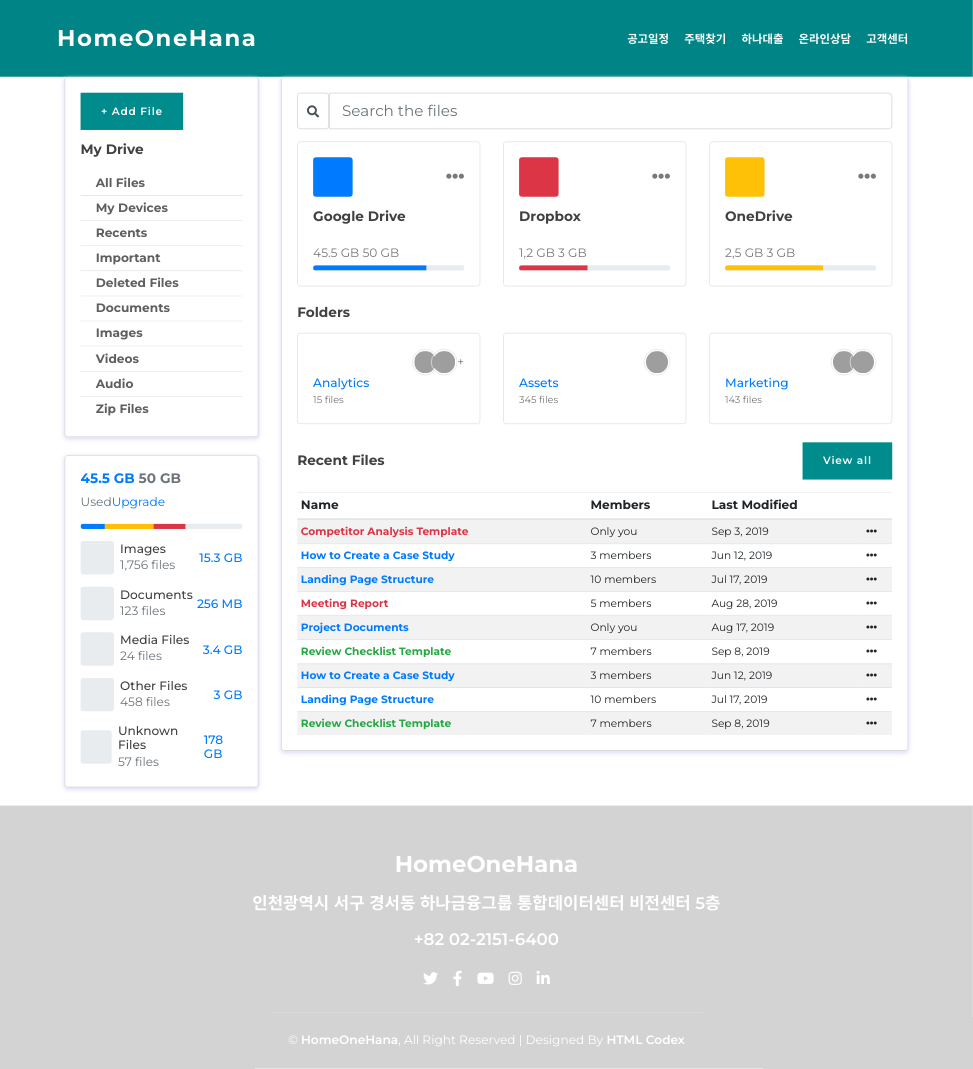
Repository: koposoftware/2021_10_syyoon
Page: http://localhost/HomeOneHana/WEB-INF/jsp/mypage/mypage.jsp
An editor plug-in stored every save of this project. The page is shown before and after the next save, followed by the edit.
The browser window is 1280 px wide. The pictures show the whole page, at 76% of full size.
Pictures or frames that could not be fetched are drawn as grey boxes. Some icons come from a web library that is not loaded, so they are not drawn. Some web libraries are served in a nearby version. The page is served by Tomcat 9. Nobody is signed in. Other server files are loaded and not shown. The template is opened directly, without the code that normally fills it, so the values that code supplies are empty.

Above is the page before, as saved 2021-09-15 11:48:43.

### project/Spring-mvc/HomeOneHana/src/main/webapp/WEB-INF/jsp/mypage/mypage.jsp
<%@ page language="java" contentType="text/html; charset=UTF-8"
    pageEncoding="UTF-8"%>
<!DOCTYPE html>
<html>
<head>
<meta charset="UTF-8">
<title>HomeOneHana::</title>
<link href="${ pageContext.request.contextPath }/resources/css/top/menubg.css" rel="stylesheet">
<link href="${ pageContext.request.contextPath }/resources/css/mypage/mypage.css" rel="stylesheet">


</head>
<body>
	<header>
		<div class="limiter">
			<div class="container-login100">
				<div class="wrap-login100">
					<jsp:include page="../include/topMenu.jsp" />
				</div>
			</div>
		</div>

	</header>
	<section>
		<div class="container">
			<div class="row">
			    <div class="col-12 col-lg-3">
					<div class="card">
						<div class="card-body">
							<div class="d-grid"> <a href="javascript:;" class="btn btn-primary">+ Add File</a>
							</div>
							<h5 class="my-3">My Drive</h5>
							<div class="fm-menu">
								<div class="list-group list-group-flush"> <a href="javascript:;" class="list-group-item py-1"><i class="bx bx-folder me-2"></i><span>All Files</span></a>
									<a href="javascript:;" class="list-group-item py-1"><i class="bx bx-devices me-2"></i><span>My Devices</span></a>
									<a href="javascript:;" class="list-group-item py-1"><i class="bx bx-analyse me-2"></i><span>Recents</span></a>
									<a href="javascript:;" class="list-group-item py-1"><i class="bx bx-plug me-2"></i><span>Important</span></a>
									<a href="javascript:;" class="list-group-item py-1"><i class="bx bx-trash-alt me-2"></i><span>Deleted Files</span></a>
									<a href="javascript:;" class="list-group-item py-1"><i class="bx bx-file me-2"></i>
			                    <span>Documents</span></a>
									<a href="javascript:;" class="list-group-item py-1"><i class="bx bx-image me-2"></i><span>Images</span></a>
									<a href="javascript:;" class="list-group-item py-1"><i class="bx bx-video me-2"></i><span>Videos</span></a>
									<a href="javascript:;" class="list-group-item py-1"><i class="bx bx-music me-2"></i><span>Audio</span></a>
									<a href="javascript:;" class="list-group-item py-1"><i class="bx bx-beer me-2"></i><span>Zip Files</span></a>
								</div>
							</div>
						</div>
					</div>
					<div class="card">
						<div class="card-body">
							<h5 class="mb-0 text-primary font-weight-bold">45.5 GB <span class="float-end text-secondary">50 GB</span></h5>
							<p class="mb-0 mt-2"><span class="text-secondary">Used</span><span class="float-end text-primary">Upgrade</span>
							</p>
							<div class="progress mt-3" style="height:7px;">
								<div class="progress-bar" role="progressbar" style="width: 15%" aria-valuenow="15" aria-valuemin="0" aria-valuemax="100"></div>
								<div class="progress-bar bg-warning" role="progressbar" style="width: 30%" aria-valuenow="30" aria-valuemin="0" aria-valuemax="100"></div>
								<div class="progress-bar bg-danger" role="progressbar" style="width: 20%" aria-valuenow="20" aria-valuemin="0" aria-valuemax="100"></div>
							</div>
							<div class="mt-3"></div>
							<div class="d-flex align-items-center">
								<div class="fm-file-box bg-light-primary text-primary"><i class="bx bx-image"></i>
								</div>
								<div class="flex-grow-1 ms-2">
									<h6 class="mb-0">Images</h6>
									<p class="mb-0 text-secondary">1,756 files</p>
								</div>
								<h6 class="text-primary mb-0">15.3 GB</h6>
							</div>
							<div class="d-flex align-items-center mt-3">
								<div class="fm-file-box bg-light-success text-success"><i class="bx bxs-file-doc"></i>
								</div>
								<div class="flex-grow-1 ms-2">
									<h6 class="mb-0">Documents</h6>
									<p class="mb-0 text-secondary">123 files</p>
								</div>
								<h6 class="text-primary mb-0">256 MB</h6>
							</div>
							<div class="d-flex align-items-center mt-3">
								<div class="fm-file-box bg-light-danger text-danger"><i class="bx bx-video"></i>
								</div>
								<div class="flex-grow-1 ms-2">
									<h6 class="mb-0">Media Files</h6>
									<p class="mb-0 text-secondary">24 files</p>
								</div>
								<h6 class="text-primary mb-0">3.4 GB</h6>
							</div>
							<div class="d-flex align-items-center mt-3">
								<div class="fm-file-box bg-light-warning text-warning"><i class="bx bx-image"></i>
								</div>
								<div class="flex-grow-1 ms-2">
									<h6 class="mb-0">Other Files</h6>
									<p class="mb-0 text-secondary">458 files</p>
								</div>
								<h6 class="text-primary mb-0">3 GB</h6>
							</div>
							<div class="d-flex align-items-center mt-3">
								<div class="fm-file-box bg-light-info text-info"><i class="bx bx-image"></i>
								</div>
								<div class="flex-grow-1 ms-2">
									<h6 class="mb-0">Unknown Files</h6>
									<p class="mb-0 text-secondary">57 files</p>
								</div>
								<h6 class="text-primary mb-0">178 GB</h6>
							</div>
						</div>
					</div>
				</div>
				<div class="col-12 col-lg-9">
					<div class="card">
						<div class="card-body">
							<div class="fm-search">
								<div class="mb-0">
									<div class="input-group input-group-lg">	<span class="input-group-text bg-transparent"><i class="fa fa-search"></i></span>
										<input type="text" class="form-control" placeholder="Search the files">
									</div>
								</div>
							</div>
							<div class="row mt-3">
								<div class="col-12 col-lg-4">
									<div class="card shadow-none border radius-15">
										<div class="card-body">
											<div class="d-flex align-items-center">
												<div class="fm-icon-box radius-15 bg-primary text-white"><i class="lni lni-google-drive"></i>
												</div>
												<div class="ms-auto font-24"><i class="fa fa-ellipsis-h"></i>
												</div>
											</div>
											<h5 class="mt-3 mb-0">Google Drive</h5>
											<p class="mb-1 mt-4"><span>45.5 GB</span>  <span class="float-end">50 GB</span>
											</p>
											<div class="progress" style="height: 7px;">
												<div class="progress-bar bg-primary" role="progressbar" style="width: 75%;" aria-valuenow="75" aria-valuemin="0" aria-valuemax="100"></div>
											</div>
										</div>
									</div>
								</div>
								<div class="col-12 col-lg-4">
									<div class="card shadow-none border radius-15">
										<div class="card-body">
											<div class="d-flex align-items-center">
												<div class="fm-icon-box radius-15 bg-danger text-white"><i class="lni lni-dropbox-original"></i>
												</div>
												<div class="ms-auto font-24"><i class="fa fa-ellipsis-h"></i>
												</div>
											</div>
											<h5 class="mt-3 mb-0">Dropbox</h5>
											<p class="mb-1 mt-4"><span>1,2 GB</span>  <span class="float-end">3 GB</span>
											</p>
											<div class="progress" style="height: 7px;">
												<div class="progress-bar bg-danger" role="progressbar" style="width: 45%;" aria-valuenow="55" aria-valuemin="0" aria-valuemax="100"></div>
											</div>
										</div>
									</div>
								</div>
								<div class="col-12 col-lg-4">
									<div class="card shadow-none border radius-15">
										<div class="card-body">
											<div class="d-flex align-items-center">
												<div class="fm-icon-box radius-15 bg-warning text-dark"><i class="bx bxs-door-open"></i>
												</div>
												<div class="ms-auto font-24"><i class="fa fa-ellipsis-h"></i>
												</div>
											</div>
											<h5 class="mt-3 mb-0">OneDrive</h5>
											<p class="mb-1 mt-4"><span>2,5 GB</span>  <span class="float-end">3 GB</span>
											</p>
											<div class="progress" style="height: 7px;">
												<div class="progress-bar bg-warning" role="progressbar" style="width: 65%;" aria-valuenow="65" aria-valuemin="0" aria-valuemax="100"></div>
											</div>
										</div>
									</div>
								</div>
							</div>
							<!--end row-->
							<h5>Folders</h5>
							<div class="row mt-3">
								<div class="col-12 col-lg-4">
									<div class="card shadow-none border radius-15">
										<div class="card-body">
											<div class="d-flex align-items-center">
												<div class="font-30 text-primary"><i class="bx bxs-folder"></i>
												</div>
												<div class="user-groups ms-auto">
													<img src="https://bootdey.com/img/Content/avatar/avatar1.png" width="35" height="35" class="rounded-circle" alt="">
													<img src="https://bootdey.com/img/Content/avatar/avatar2.png" width="35" height="35" class="rounded-circle" alt="">
												</div>
												<div class="user-plus">+</div>
											</div>
											<h6 class="mb-0 text-primary">Analytics</h6>
											<small>15 files</small>
										</div>
									</div>
								</div>
								<div class="col-12 col-lg-4">
									<div class="card shadow-none border radius-15">
										<div class="card-body">
											<div class="d-flex align-items-center">
												<div class="font-30 text-primary"><i class="bx bxs-folder"></i>
												</div>
												<div class="user-groups ms-auto">
													<img src="https://bootdey.com/img/Content/avatar/avatar7.png" width="35" height="35" class="rounded-circle" alt="">
												</div>
											</div>
											<h6 class="mb-0 text-primary">Assets</h6>
											<small>345 files</small>
										</div>
									</div>
								</div>
								<div class="col-12 col-lg-4">
									<div class="card shadow-none border radius-15">
										<div class="card-body">
											<div class="d-flex align-items-center">
												<div class="font-30 text-primary"><i class="bx bxs-folder"></i>
												</div>
												<div class="user-groups ms-auto">
													<img src="https://bootdey.com/img/Content/avatar/avatar2.png" width="35" height="35" class="rounded-circle" alt="">
													<img src="https://bootdey.com/img/Content/avatar/avatar3.png" width="35" height="35" class="rounded-circle" alt="">
												</div>
											</div>
											<h6 class="mb-0 text-primary">Marketing</h6>
											<small>143 files</small>
										</div>
									</div>
								</div>
							</div>
							<!--end row-->
							<div class="d-flex align-items-center">
								<div>
									<h5 class="mb-0">Recent Files</h5>
								</div>
								<div class="ms-auto"><a href="javascript:;" class="btn btn-sm btn-outline-secondary">View all</a>
								</div>
							</div>
							<div class="table-responsive mt-3">
								<table class="table table-striped table-hover table-sm mb-0">
									<thead>
										<tr>
											<th>Name <i class="bx bx-up-arrow-alt ms-2"></i>
											</th>
											<th>Members</th>
											<th>Last Modified</th>
											<th></th>
										</tr>
									</thead>
									<tbody>
										<tr>
											<td>
												<div class="d-flex align-items-center">
													<div><i class="bx bxs-file-pdf me-2 font-24 text-danger"></i>
													</div>
													<div class="font-weight-bold text-danger">Competitor Analysis Template</div>
												</div>
											</td>
											<td>Only you</td>
											<td>Sep 3, 2019</td>
											<td><i class="fa fa-ellipsis-h font-24"></i>
											</td>
										</tr>
										<tr>
											<td>
												<div class="d-flex align-items-center">
													<div><i class="bx bxs-file me-2 font-24 text-primary"></i>
													</div>
													<div class="font-weight-bold text-primary">How to Create a Case Study</div>
												</div>
											</td>
											<td>3 members</td>
											<td>Jun 12, 2019</td>
											<td><i class="fa fa-ellipsis-h font-24"></i>
											</td>
										</tr>
										<tr>
											<td>
												<div class="d-flex align-items-center">
													<div><i class="bx bxs-file me-2 font-24 text-primary"></i>
													</div>
													<div class="font-weight-bold text-primary">Landing Page Structure</div>
												</div>
											</td>
											<td>10 members</td>
											<td>Jul 17, 2019</td>
											<td><i class="fa fa-ellipsis-h font-24"></i>
											</td>
										</tr>
										<tr>
											<td>
												<div class="d-flex align-items-center">
													<div><i class="bx bxs-file-pdf me-2 font-24 text-danger"></i>
													</div>
													<div class="font-weight-bold text-danger">Meeting Report</div>
												</div>
											</td>
											<td>5 members</td>
											<td>Aug 28, 2019</td>
											<td><i class="fa fa-ellipsis-h font-24"></i>
											</td>
										</tr>
										<tr>
											<td>
												<div class="d-flex align-items-center">
													<div><i class="bx bxs-file me-2 font-24 text-primary"></i>
													</div>
													<div class="font-weight-bold text-primary">Project Documents</div>
												</div>
											</td>
											<td>Only you</td>
											<td>Aug 17, 2019</td>
											<td><i class="fa fa-ellipsis-h font-24"></i>
											</td>
										</tr>
										<tr>
											<td>
												<div class="d-flex align-items-center">
													<div><i class="bx bxs-file-doc me-2 font-24 text-success"></i>
													</div>
													<div class="font-weight-bold text-success">Review Checklist Template</div>
												</div>
											</td>
											<td>7 members</td>
											<td>Sep 8, 2019</td>
											<td><i class="fa fa-ellipsis-h font-24"></i>
											</td>
										</tr>
										<tr>
											<td>
												<div class="d-flex align-items-center">
													<div><i class="bx bxs-file me-2 font-24 text-primary"></i>
													</div>
													<div class="font-weight-bold text-primary">How to Create a Case Study</div>
												</div>
											</td>
											<td>3 members</td>
											<td>Jun 12, 2019</td>
											<td><i class="fa fa-ellipsis-h font-24"></i>
											</td>
										</tr>
										<tr>
											<td>
												<div class="d-flex align-items-center">
													<div><i class="bx bxs-file me-2 font-24 text-primary"></i>
													</div>
													<div class="font-weight-bold text-primary">Landing Page Structure</div>
												</div>
											</td>
											<td>10 members</td>
											<td>Jul 17, 2019</td>
											<td><i class="fa fa-ellipsis-h font-24"></i>
											</td>
										</tr>
										<tr>
											<td>
												<div class="d-flex align-items-center">
													<div><i class="bx bxs-file-doc me-2 font-24 text-success"></i>
													</div>
													<div class="font-weight-bold text-success">Review Checklist Template</div>
												</div>
											</td>
											<td>7 members</td>
											<td>Sep 8, 2019</td>
											<td><i class="fa fa-ellipsis-h font-24"></i>
											</td>
										</tr>
									</tbody>
								</table>
							</div>
						</div>
					</div>
				</div>
			</div>
			</div>
	</section>
	<footer>
		<jsp:include page="../include/bottomMenu.jsp" />
	</footer>
</body>
</html>

### project/Spring-mvc/HomeOneHana/src/main/webapp/WEB-INF/jsp/include/bottomMenu.jsp
<%@ page language="java" contentType="text/html; charset=UTF-8"
    pageEncoding="UTF-8"%>
		<!-- Footer Start -->
        <div class="footer wow fadeIn" data-wow-delay="0.3s">
            <div class="container-fluid">
                <div class="container">
                    <div class="footer-info">
                        <h2>HomeOneHana</h2>
                        <h3>인천광역시 서구 경서동 하나금융그룹 통합데이터센터 비전센터 5층</h3>
                        <div class="footer-menu">
                            <p>+82 02-2151-6400</p>
                        </div>
                        <div class="footer-social">
                            <a href=""><i class="fab fa-twitter"></i></a>
                            <a href=""><i class="fab fa-facebook-f"></i></a>
                            <a href=""><i class="fab fa-youtube"></i></a>
                            <a href=""><i class="fab fa-instagram"></i></a>
                            <a href=""><i class="fab fa-linkedin-in"></i></a>
                        </div>
                    </div>
                </div>
                <div class="container copyright">
                    <p>&copy; <a href="#">HomeOneHana</a>, All Right Reserved | Designed By <a href="https://htmlcodex.com">HTML Codex</a></p>
                </div>
            </div>
        </div>
        <!-- Footer End -->


        <!-- Back to top button -->
        <a href="#" class="btn back-to-top"><i class="fa fa-chevron-up"></i></a>


        <!-- Pre Loader -->
        <div id="loader" class="show">
            <div class="loader"></div>
        </div>


		<!-- JavaScript Libraries -->
        <script src="https://code.jquery.com/jquery-3.4.1.min.js"></script>
        <script src="https://stackpath.bootstrapcdn.com/bootstrap/4.4.1/js/bootstrap.bundle.min.js"></script>
        <script src="${ pageContext.request.contextPath }/resources/lib/easing/easing.min.js"></script>
        <script src="${ pageContext.request.contextPath }/resources/lib/wow/wow.min.js"></script>
        <script src="${ pageContext.request.contextPath }/resources/lib/waypoints/waypoints.min.js"></script>
        <script src="${ pageContext.request.contextPath }/resources/lib/typed/typed.min.js"></script>
        <script src="${ pageContext.request.contextPath }/resources/lib/owlcarousel/owl.carousel.min.js"></script>
        <script src="${ pageContext.request.contextPath }/resources/lib/isotope/isotope.pkgd.min.js"></script>
        <script src="${ pageContext.request.contextPath }/resources/lib/lightbox/js/lightbox.min.js"></script>

        <!-- Contact Javascript File -->
        <script src="${ pageContext.request.contextPath }/resources/mail/jqBootstrapValidation.min.js"></script>
        <script src="${ pageContext.request.contextPath }/resources/mail/contact.js"></script>

        <!-- Template Javascript -->
        <script src="${ pageContext.request.contextPath }/resources/js/main.js"></script>

### project/Spring-mvc/HomeOneHana/src/main/webapp/resources/css/top/menubg.css
@charset "UTF-8";


header{
	height:101px;
	background-color:#008485;
}
@media(max-width:992px){
	header{
		height:70px;
	}
}

### project/Spring-mvc/HomeOneHana/src/main/webapp/resources/css/mypage/mypage.css
@charset "UTF-8";



.body{
padding-top:100px;
padding-bottom:100px;
background-color: #f7f7ff;
}
.card {
    position: relative;
    display: flex;
    flex-direction: column;
    min-width: 0;
    word-wrap: break-word;
    background-color: #fff;
    background-clip: border-box;
    border: 0px solid rgba(0, 0, 0, 0);
    border-radius: .25rem;
    margin-bottom: 1.5rem;
    box-shadow: 0 2px 6px 0 rgb(218 218 253 / 65%), 0 2px 6px 0 rgb(206 206 238 / 54%);
}

.card-body h5{
	font-size:18px;
	font-weight:700;
}

.subti{
	font-size:14px;
}

.fm-file-box {
    font-size: 25px;
    background: #e9ecef;
    width: 44px;
    height: 44px;
    display: flex;
    align-items: center;
    justify-content: center;
    border-radius: .25rem;
}
.ms-2 {
    margin-left: .5rem!important;
}

.fm-menu .list-group a {
    font-size: 16px;
    color: #5f5f5f;
    display: flex;
    align-items: center;
}
.list-group-flush>.list-group-item {
    border-width: 0 0 1px;
}
.list-group-item+.list-group-item {
    border-top-width: 0;
}
.py-1 {
	font-weight:700;
    padding-top: .25rem!important;
    padding-bottom: .25rem!important;
}
.list-group-item {
    position: relative;
    display: block;
    padding: .5rem 1rem;
    text-decoration: none;
    background-color: #fff;
    border: 1px solid rgba(0, 0, 0, .125);
}

.radius-15 {
    border-radius: 15px;
}
.fm-icon-box {
    font-size: 32px;
    background: #ffffff;
    width: 52px;
    height: 52px;
    display: flex;
    align-items: center;
    justify-content: center;
    border-radius: .25rem;
}
.font-24 {
    font-size: 24px;
}
.ms-auto {
    margin-left: auto!important;
}
.font-30 {
    font-size: 30px;
}
.user-groups img {
    margin-left: -14px;
    border: 1px solid #e4e4e4;
    padding: 2px;
    cursor: pointer;
}

.rounded-circle {
    border-radius: 50%!important;
}

/*
		현재진행중인 대출
*/

.loanbox{
	margin-top:5px;
	margin-bottom:5px;
}
.loan-finishBox{
	background-color:#000;
}
.loan-acceptBox{
	background-color:#008485;
}

.loan-rejectBox{
	background-color:#e90061;
}

.loan-reviewBox{
	background-color:#b5b5b5;
}

.loanname{
	font-weight:700;
}

.loandate{
	font-size:12px;
}

.loanstatus{
	text-align:center;
	font-weight:700;
	color:#fff;
	font-size:10px;
	margin-bottom:0px;
}

th{
	text-align:center;
}
td{
	font-size:14px;
}

Loaded but not shown: project/Spring-mvc/HomeOneHana/src/main/webapp/resources/lib/animate/animate.min.css (library); project/Spring-mvc/HomeOneHana/src/main/webapp/resources/lib/owlcarousel/assets/owl.carousel.min.css (common file); project/Spring-mvc/HomeOneHana/src/main/webapp/resources/lib/lightbox/css/lightbox.min.css (common file); project/Spring-mvc/HomeOneHana/src/main/webapp/resources/lib/easing/easing.min.js (common file); project/Spring-mvc/HomeOneHana/src/main/webapp/resources/lib/wow/wow.min.js (library); project/Spring-mvc/HomeOneHana/src/main/webapp/resources/lib/waypoints/waypoints.min.js (library); project/Spring-mvc/HomeOneHana/src/main/webapp/resources/lib/typed/typed.min.js (library); project/Spring-mvc/HomeOneHana/src/main/webapp/resources/lib/owlcarousel/owl.carousel.min.js (library); project/Spring-mvc/HomeOneHana/src/main/webapp/resources/lib/isotope/isotope.pkgd.min.js (library); project/Spring-mvc/HomeOneHana/src/main/webapp/resources/lib/lightbox/js/lightbox.min.js (library); project/Spring-mvc/HomeOneHana/src/main/webapp/resources/mail/jqBootstrapValidation.min.js (library); project/Spring-mvc/HomeOneHana/src/main/webapp/resources/js/main.js (108 lines, source omitted); project/Spring-mvc/HomeOneHana/src/main/webapp/resources/mail/contact.js (65 lines, source omitted); project/Spring-mvc/HomeOneHana/src/main/webapp/resources/css/style.css (1648 lines, source omitted); project/Spring-mvc/HomeOneHana/src/main/webapp/WEB-INF/jsp/include/topMenu.jsp (60 lines, source omitted)

After the next save:
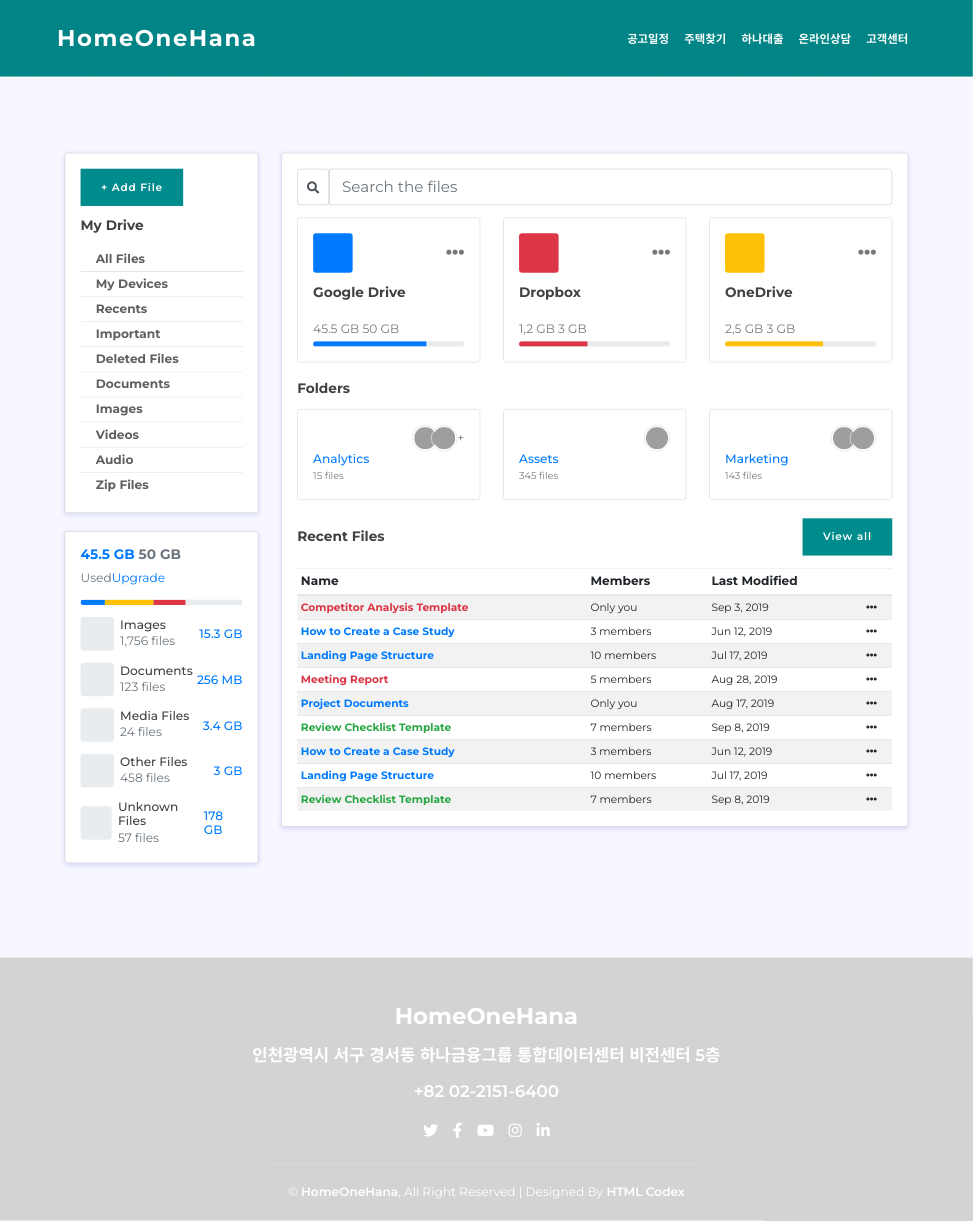
Saved 36 s later.
--- a/project/Spring-mvc/HomeOneHana/src/main/webapp/WEB-INF/jsp/mypage/mypage.jsp
+++ b/project/Spring-mvc/HomeOneHana/src/main/webapp/WEB-INF/jsp/mypage/mypage.jsp
@@ -21,7 +21,7 @@
 		</div>
 
 	</header>
-	<section>
+	<section class="body">
 		<div class="container">
 			<div class="row">
 			    <div class="col-12 col-lg-3">
